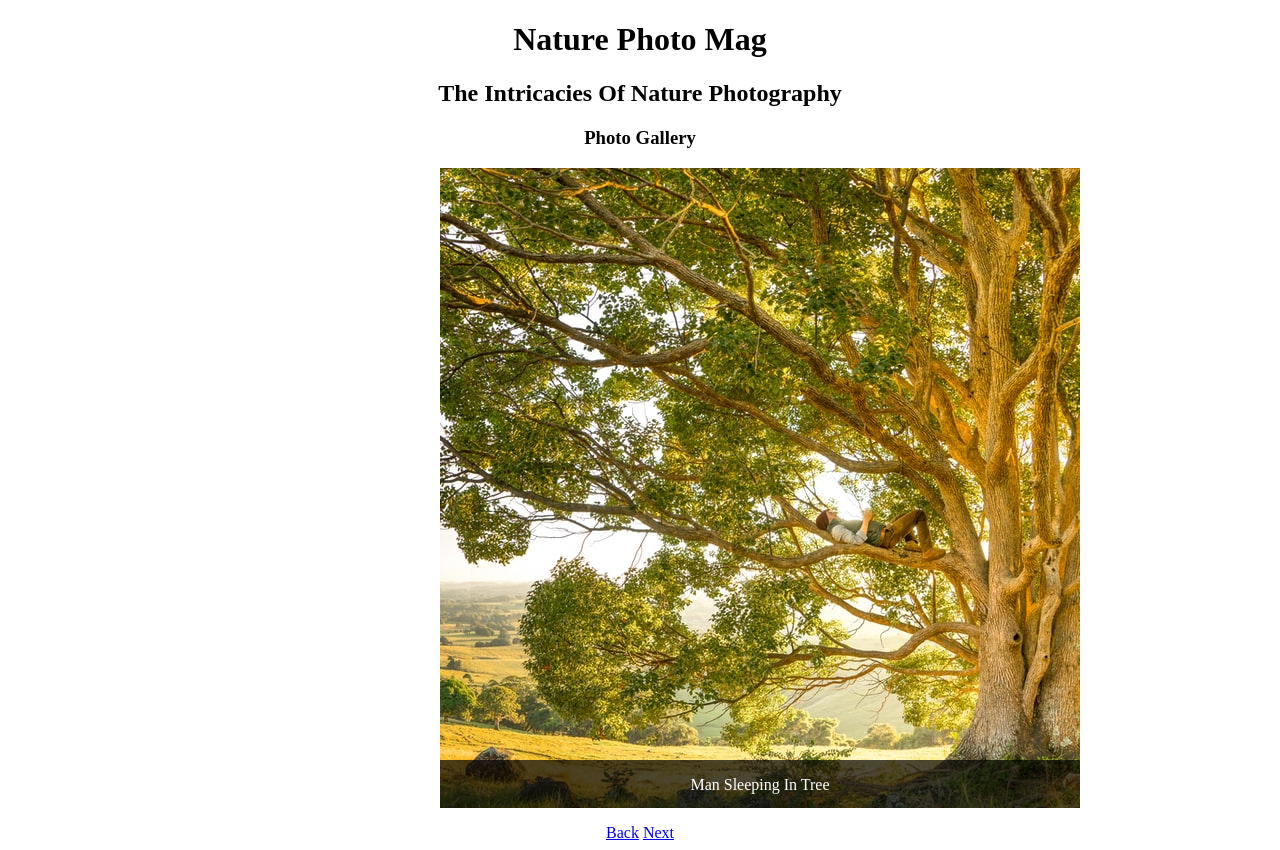
Repository: alexmaddux99/Image-Gallery
Page: index.html
These files come from the project's save history. The page is drawn as it stood at one moment and after the next save; the edit follows.
The browser window is 1280 px wide. The pictures show the whole page.

Above is the page before, as saved 2022-03-08 12:52:12.

### index.html
<!DOCTYPE html>
<html lang="en">
<head>
  <meta charset="UTF-8">
  <title>A Simple Carousel -  LIVE DEMO</title>
  <link rel="stylesheet" href="css/main.css">
  <script  src="js/main.js" defer></script>

</head>
<body>

<h1>Nature Photo Mag</h1>
<h2>The Intricacies Of Nature Photography</h2>
<section>
  <h3>Photo Gallery</h3>

  <figure class="frame">

    <img class="slide current" src="images/1.jpg" alt="Man Sleeping In Tree">
    <img class="slide" src="images/2.jpg" alt="Sun Peeking Through Trees">
    <img class="slide" src="images/3.jpg" alt="Couple Looking At Mountain Overlooking Lake">
    <img class="slide" src="images/4.jpg" alt="Northern Lights">
    <img class="slide" src="images/5.jpg" alt="Storm On The Coast">
    <img class="slide" src="images/6.jpg" alt="Mountain Overlooking house">
    <img class="slide" src="images/7.jpg" alt="Aerial Shot of Antartic Landscape">
    <img class="slide" src="images/8.jpg" alt="Close Up Of Crystal">
    <img class="slide" src="images/9.jpg" alt="Aerial Shot Of Remote Landscape">
    <img class="slide" src="images/10.jpg" alt="Aerial Shot Overlooking Ice Berg">




    <figcaption class="caption"></figcaption>
  </figure>

  <div class="controls">
    <a href="#" class="back-btn">Back</a>
    <a href="#" class="next-btn">Next</a>
  </div>

</section>

</body>
</html>

### css/main.css
* {
  box-sizing:border-box;
}

body {
  text-align:center;
}

section {
  width: 400px;
  margin: auto;
}

.frame {

  position:relative;
  width:640px;
  height:640px;
  margin: 1rem 0;

}

.slide {
  display:block;
  margin-bottom: 2rem;
}


.hide {
  opacity: 0;
  transition: opacity .5s ease-out;
}


.current {
  transition: opacity .5s ease-out;
}


.abs-pos {
  position: absolute;
}

.caption {
  position: absolute;
  z-index: 3;
  color: #fff;
  background: rgba(0, 0, 0, .7);
  bottom: 0;
  width: 100%;
  height: 1rem;
  padding: 1rem 1rem 2rem 1rem;
}

.controls {
  display: none;
}

### js/main.js
document.addEventListener('DOMContentLoaded', init);

function init() {
  //create shortcut vars
  const back_btn = document.querySelector(".back-btn");
  const next_btn = document.querySelector(".next-btn");
  const frame = document.querySelector(".frame");
  const slides = frame.querySelectorAll("img");
  const caption = document.querySelector(".caption");
  const controls = document.querySelector(".controls");

  //with JS active, hide all images
  slides.forEach((slide) => {
    slide.classList.add("hide", "abs-pos");
  });

  // show the first slide
  slides[0].classList.remove("hide");

  //make the controls work
   next_btn.addEventListener("click",changeSlide);
   back_btn.addEventListener("click", changeSlide);

   // set the caption dynamically
   caption.innerHTML = frame.firstElementChild.alt;

   //show the controls
   controls.style.display = "block";
}



function changeSlide(e) {

    // stop link from trying to reload page
    e.preventDefault();

    //shortcut vars
    const frame = document.querySelector(".frame");
    const slides = frame.querySelectorAll("img");
    const caption = document.querySelector(".caption");
    let showing = document.querySelector(".current");
    let nextUp = "";

    if(e.target.className == 'next-btn') {
      nextUp = showing.nextElementSibling;
    }

    if(e.target.className == 'back-btn') {
      nextUp = showing.previousElementSibling;
    }

    // deactivate current image
    showing.classList.toggle("hide");
    showing.classList.toggle("current");

    //make sure next image is there
    if (!nextUp) {
      nextUp = slides[slides.length - 1];
    }

    if (nextUp.nodeName !== "IMG") {
      nextUp = slides[0];
    }

    // activate next image
    nextUp.classList.toggle("hide");
    nextUp.classList.toggle("current");

    //change caption text
    caption.innerHTML = nextUp.alt;
  }

After the next save:
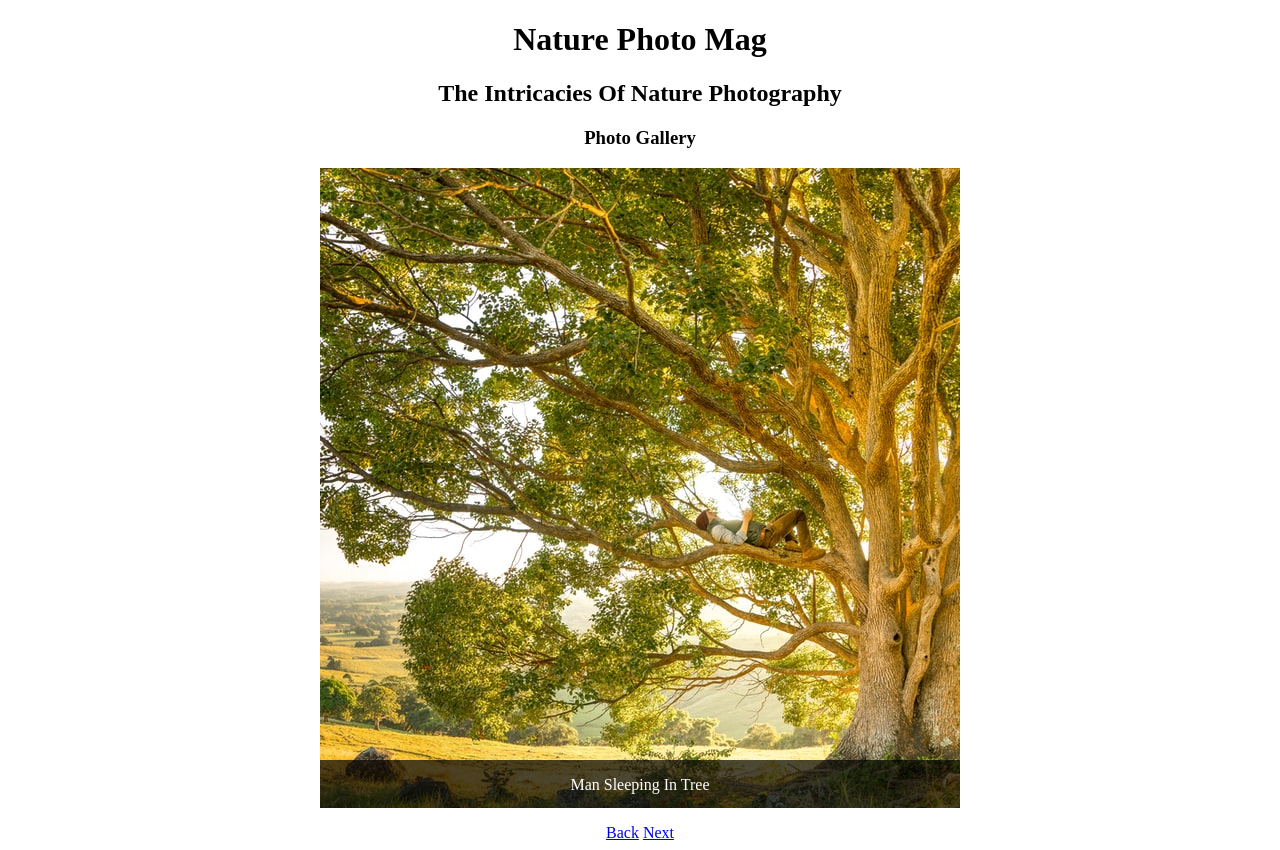
Saved 15 min 20 s later.
--- a/css/main.css
+++ b/css/main.css
@@ -7,7 +7,7 @@
 }
 
 section {
-  width: 400px;
+  width: 640px;
   margin: auto;
 }
 
